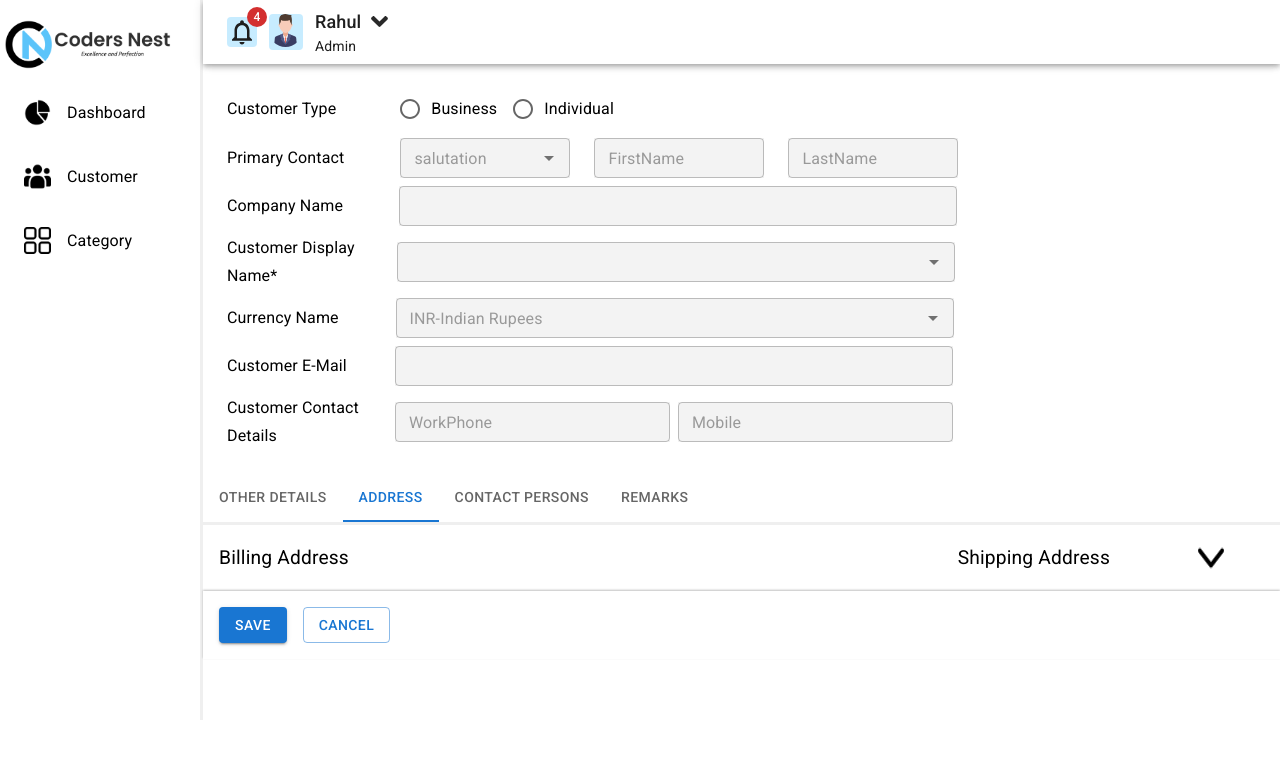
Repository: wajahadalishaik04/CN_Books
Page: /newcustomer, after clicking the first element matching `div.MuiTabs-list > :nth-child(2)`
The author's editor kept a copy of each file at every save. The page is drawn from the files as they stood at one save, then again after a run of saves.
The browser window is 1280 px wide. The pictures show the whole page.
The project was rebuilt for these pictures with package versions that can differ from the ones it lists, and the page was loaded fresh each time. Also part of the build but not shown: vite.config.js, src/pages/LoginScreen.jsx, src/pages/Signin.jsx, src/pages/OtpScreen.jsx, src/pages/SignUp.jsx, src/pages/VerifyScreen.jsx, src/components/Content.jsx, src/pages/DashboardScreen.jsx and 4 more.

Above is the page before, as saved 2024-09-18 01:15:33.

After the next 6 saves:
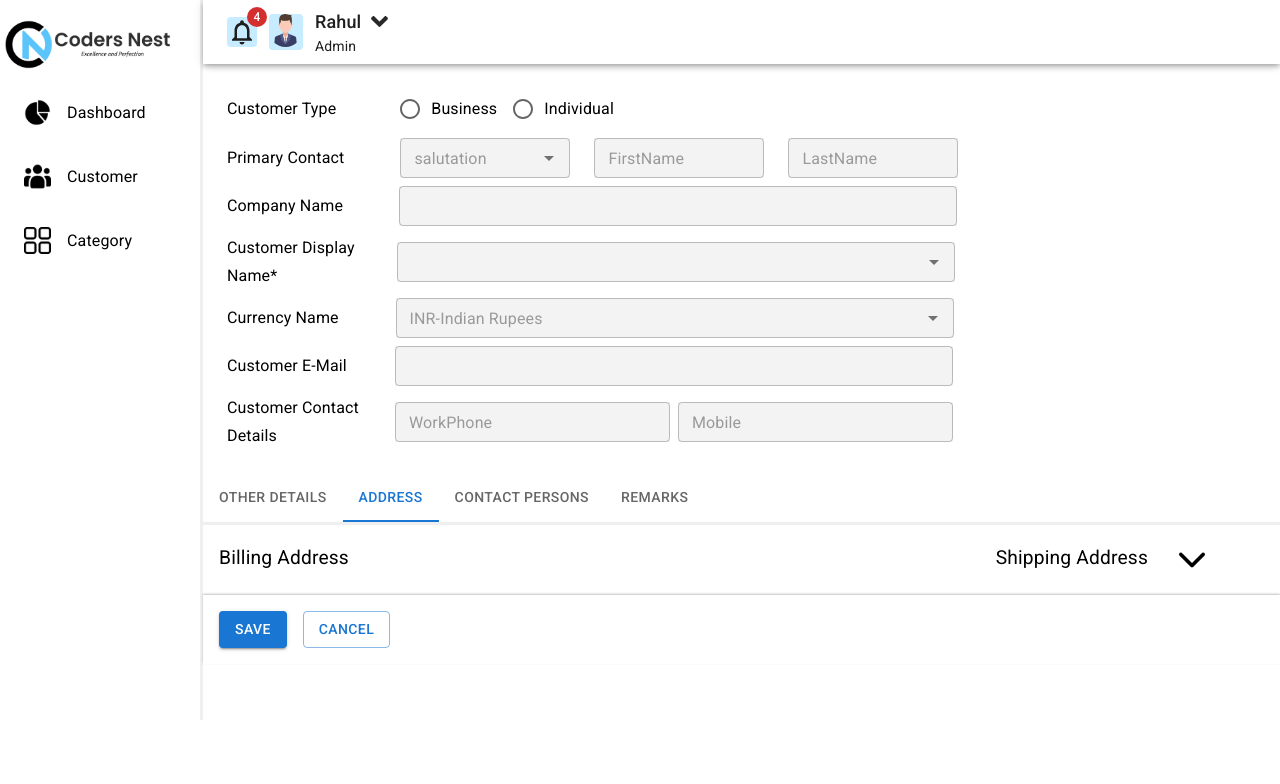
The 6 saves are shown as one change because they came seconds apart.
The last was saved 19 s later.
--- a/src/pages/customerscreens/NewCustomer.jsx
+++ b/src/pages/customerscreens/NewCustomer.jsx
@@ -564,8 +564,8 @@ const NewCustomer = () => {
             <Typography variant="subtitle1"fontSize={"1.2rem"}>Billing Address</Typography>
             <Box sx={{display:"flex",paddingRight:5,gap:1.5}}>
             <Typography variant="subtitle1"fontSize={"1.2rem"}>Shipping Address</Typography>
-           <Box component={Button} variant="text"> </Box>
-           <img src={images.Arrowdownicon} alt="" />
+           <Box component={Button} variant="text">
+           <img src={images.Arrowdownicon} alt="" /></Box>
 
             </Box>
             </Box>
